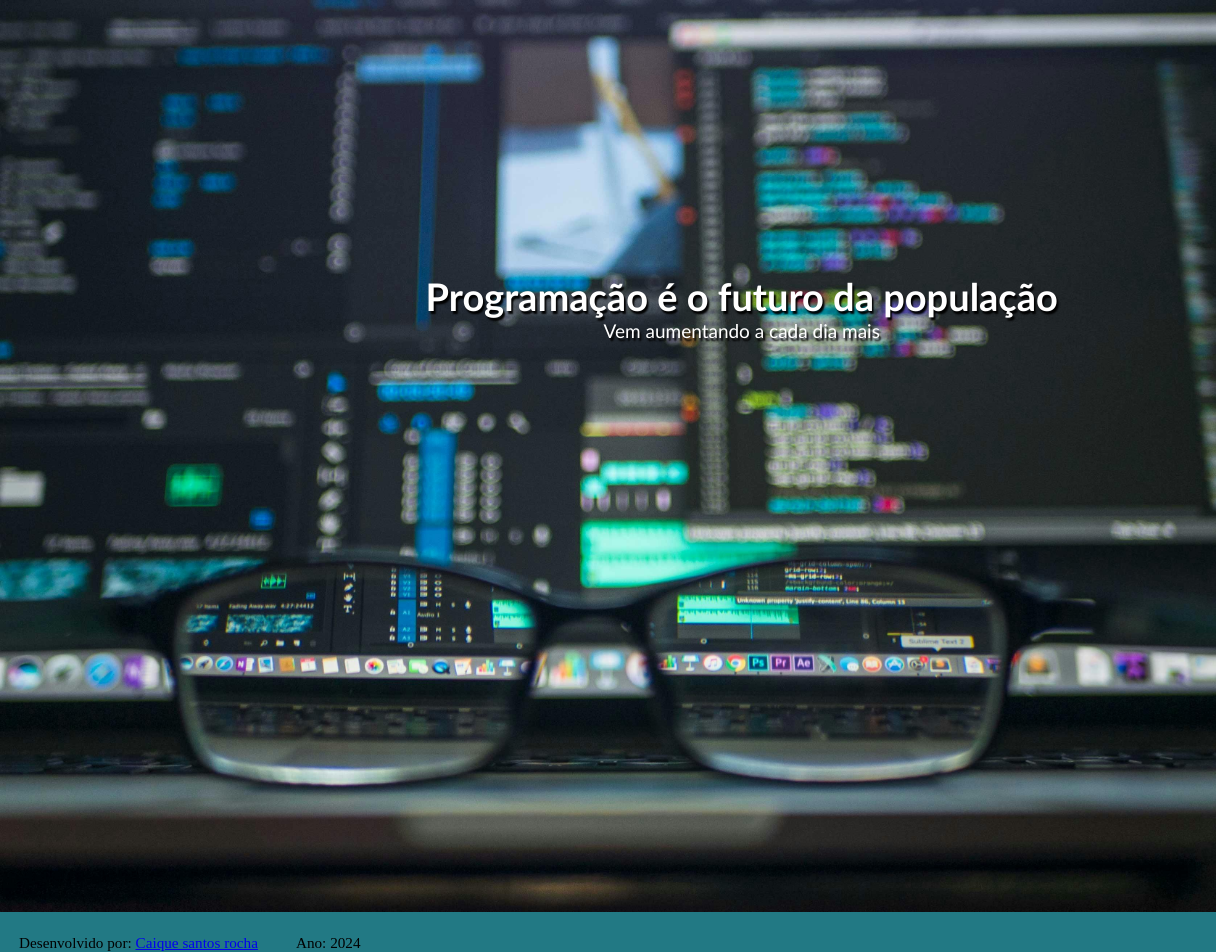
Repository: Caiquedev123/Sites
Page: index.html
The author's editor kept a copy of each file at every save. The page is drawn from the files as they stood at one save, then again after a run of saves.
The browser window is 1280 px wide. The pictures show the whole page, at 95% of full size.

Above is the page before, as saved 2024-07-22 17:20:40.

After the next 2 saves:
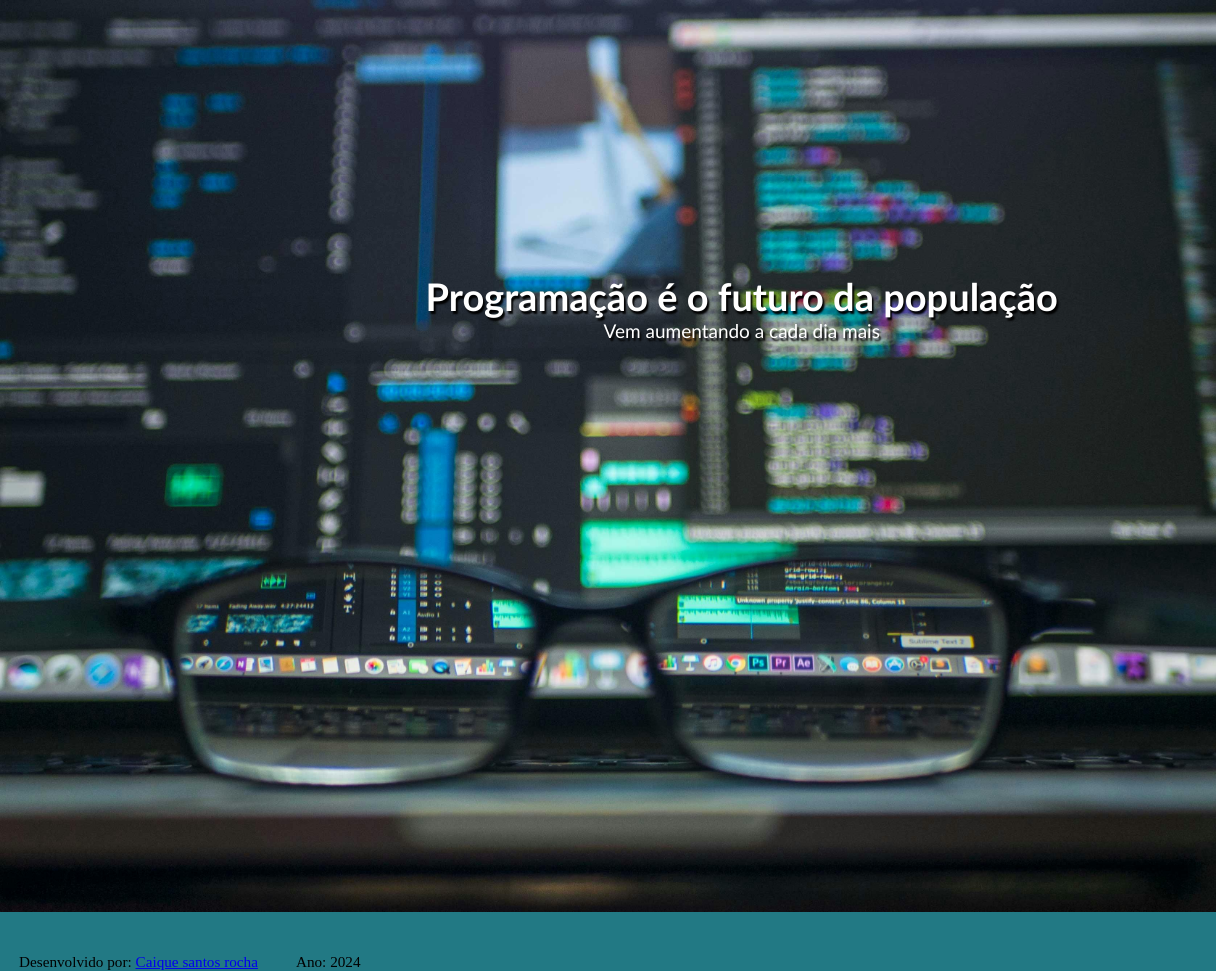
The 2 saves are shown as one change because they came seconds apart.
The last was saved 8 s later.
--- a/style.css
+++ b/style.css
@@ -21,5 +21,5 @@
 footer{
     display: flex;
     gap: 40px;
-    padding: 20px 0 0 20px;
+    padding: 40px 0 0 20px;
 }
